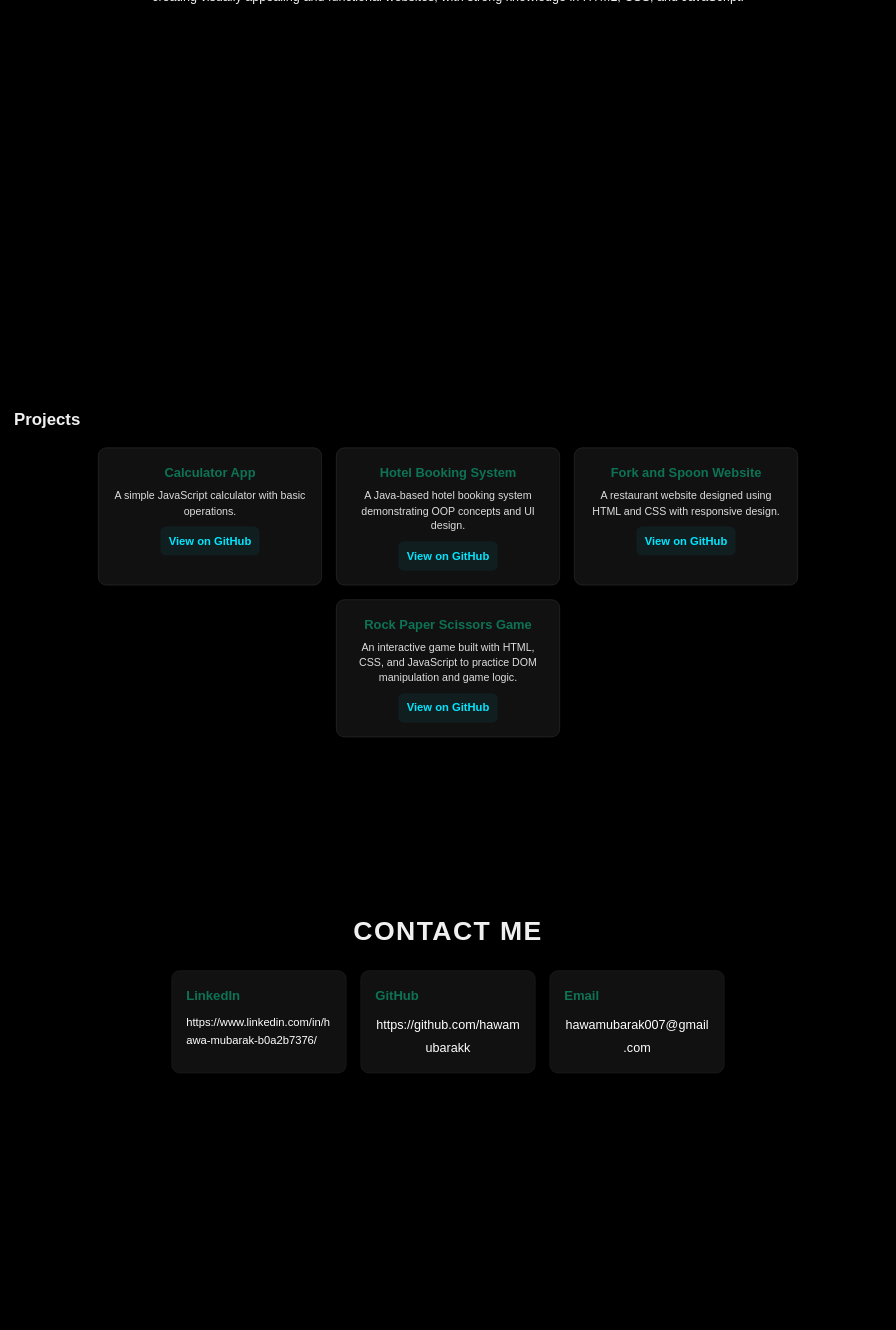
Repository: hawamubarakk/my-portfolio
Page: index.html
These files come from the project's save history. The page is drawn as it stood at one moment and after the next save; the edit follows.
The browser window is 1280 px wide. The pictures show the part of the page from y = 1046 to 2966 px (the page is 2946 px tall before and 2966 px after), at 70% of full size.

Above is the page before, as saved 2025-08-12 18:08:32.

### index.html
<!DOCTYPE html>
<html lang="en">
<head>
    <meta charset="UTF-8">
    <meta name="viewport" content="width=device-width, initial-scale=1.0">
    <title>Hawa Mubarak - Portfolio</title>
    <link rel="stylesheet" href="css/style.css">
</head>
<body>
    <!-- Navbar -->
    <header>
        <nav>
            <ul class="navbar">
                <li><a href="#home">Home</a></li>
                <li><a href="#about">About</a></li>
                <li><a href="#projects">Projects</a></li>
                <li><a href="#contact">Contact</a></li>
            </ul>
        </nav>
    </header>

    <!-- Hero Section -->
    <section id="home" class="hero">
        <div class="hero-content">
            <h1>Welcome to My Portfolio</h1>
            <p>Hi, I'm <span>Hawa Mubarak</span> — a Software Engineering Student passionate about Front-End Development and modern web design.</p>
        </div>
    </section>

    <!-- About Section -->
    <section id="about" class="section">
        <h2>About Me</h2>
        <p>I am currently pursuing a Bachelor's degree in Software Engineering at SZABIST Karachi. My focus is on creating visually appealing and functional websites, with strong knowledge in HTML, CSS, and JavaScript.</p>
    </section>

    <!-- Projects Section -->
    <section id="projects" class="section">
        <h1>Projects</h1>

        <div class="projects-grid">
          <div class="project">
            <h3>Calculator App</h3>
            <p>A simple JavaScript calculator with basic operations.</p>
            <a href="https://github.com/hawamubarakk/Calculator" target="_blank" rel="noopener">View on GitHub</a>
          </div>

          <div class="project">
            <h3>Hotel Booking System</h3>
            <p>A Java-based hotel booking system demonstrating OOP concepts and UI design.</p>
            <a href="https://github.com/hawamubarakk/HotelBooking-System" target="_blank" rel="noopener">View on GitHub</a>
          </div>

          <div class="project">
            <h3>Fork and Spoon Website</h3>
            <p>A restaurant website designed using HTML and CSS with responsive design.</p>
            <a href="https://github.com/hawamubarakk/fork-and-spoon" target="_blank" rel="noopener">View on GitHub</a>
          </div>

          <div class="project">
            <h3>Rock Paper Scissors Game</h3>
            <p>An interactive game built with HTML, CSS, and JavaScript to practice DOM manipulation and game logic.</p>
            <a href="https://github.com/hawamubarakk/rock-paper-scissors" target="_blank" rel="noopener">View on GitHub</a>
          </div>
        </div>
      </section>

    <!-- Contact Section -->
    <section id="contact" class="section contact-section">
        <h2>Contact Me</h2>
        <div class="contact-boxes">
            <div class="contact-box">
                <h3>LinkedIn</h3>
                <a href="https://www.linkedin.com/in/hawa-mubarak-b0a2b7376/" target="_blank" rel="noopener">https://www.linkedin.com/in/hawa-mubarak-b0a2b7376/</a>
            </div>
            <div class="contact-box">
                <h3>GitHub</h3>
                <p><a href="https://github.com/hawamubarakk" target="_blank" rel="noopener">https://github.com/hawamubarakk</a></p>
            </div>
            <div class="contact-box">
                <h3>Email</h3>
                <p><a href="mailto:hawamubarak007@gmail.com">hawamubarak007@gmail.com</a></p>
            </div>
        </div>
    </section>

</body>
</html>

### css/style.css
/* General Reset */
* {
    margin: 0;
    padding: 0;
    box-sizing: border-box;
}

body {
    font-family: Arial, sans-serif;
    background-color: black;
    color: white;
    line-height: 1.6;
}

/* Navbar */
header {
    background: linear-gradient(90deg, #0d7354, #11997a);
    position: sticky;
    top: 0;
    z-index: 1000;
    box-shadow: 0 2px 6px rgba(0, 0, 0, 0.4);
}

.navbar {
    display: flex;
    justify-content: center;
    gap: 50px;
    list-style: none;
    padding: 18px 0;
}

.navbar li a {
    color: #f0f0f0;
    font-size: 19px;
    font-weight: bold;
    text-decoration: none;
    padding: 10px 18px;
    border-radius: 6px;
    transition: all 0.3s ease;
}

.navbar li a:hover {
    background-color: white;
    color: #0d7354;
}

/* Hero Section */
.hero {
    height: 100vh;
    background: linear-gradient(rgba(0,0,0,0.7), rgba(0,0,0,0.7)), center/cover no-repeat;
    display: flex;
    justify-content: center;
    align-items: center;
    text-align: center;
    padding: 20px;
}

.hero h1 {
    font-size: 52px;
    margin-bottom: 20px;
}

.hero p {
    font-size: 21px;
}

.hero span {
    color: #0d7354;
}

/* Section Styling */
.section {
    padding: 120px 20px; /* zyada space for bigger look */
    min-height: 100vh;
    background-color: #000;
    color: #f0f0f0;
}

.section h2 {
    font-size: 38px;
    margin-bottom: 25px;
    text-align: center;
    text-transform: uppercase;
    letter-spacing: 2px;
}

.section p {
    font-size: 18px;
    line-height: 1.8;
    max-width: 850px;
    margin: auto;
    text-align: center;
}

/* Contact & Project Boxes */
.contact-boxes, .project-boxes {
    display: flex;
    justify-content: center;
    gap: 20px;
    flex-wrap: wrap;
    margin-top: 20px;
}

.contact-box, .project-box {
    background: #111;
    padding: 20px;
    width: 250px;
    border-radius: 12px;
    border: 1px solid #1f1f1f;
    transition: transform 0.3s ease, background 0.3s ease;
}

.contact-box h3, .project-box h3 {
    margin-bottom: 10px;
    color: #0d7354;
}

.contact-box a, .project-box a {
    color: white;
    text-decoration: none;
    display: block;
    word-wrap: break-word;
}

.contact-box a:hover, .project-box a:hover {
    color: #0d7354;
}

/* Projects Grid */
.projects-grid {
    display: flex;
    flex-wrap: wrap;
    gap: 20px;
    justify-content: center;
    margin-top: 20px;
}

.project {
    background: #111;
    border: 1px solid #2a2a2a;
    width: 320px;
    padding: 20px;
    border-radius: 12px;
    box-shadow: 0 6px 18px rgba(0,0,0,0.6);
    transition: transform 0.25s ease, box-shadow 0.25s ease, background 0.25s ease;
    text-align: center;
}

.project:hover {
    transform: translateY(-8px);
    box-shadow: 0 18px 40px rgba(0,0,0,0.7);
    background: linear-gradient(180deg, #111, #1b1b1b);
}

.project h3 {
    margin: 0 0 8px 0;
    color: #0d7354;
    font-size: 1.15rem;
}

.project p {
    margin: 0 0 12px 0;
    color: #ddd;
    font-size: 0.95rem;
    line-height: 1.4;
}

.project a {
    display: inline-block;
    color: #00e6ff;
    text-decoration: none;
    font-weight: 600;
    word-break: break-word;
    padding: 8px 12px;
    border-radius: 8px;
    background: rgba(0,230,255,0.06);
    transition: background 0.18s ease, color 0.18s ease;
}

.project a:hover {
    background: #00e6ff;
    color: #000;
}

@media (max-width: 720px) {
    .project {
        width: 90%;
    }
}

After the next save:
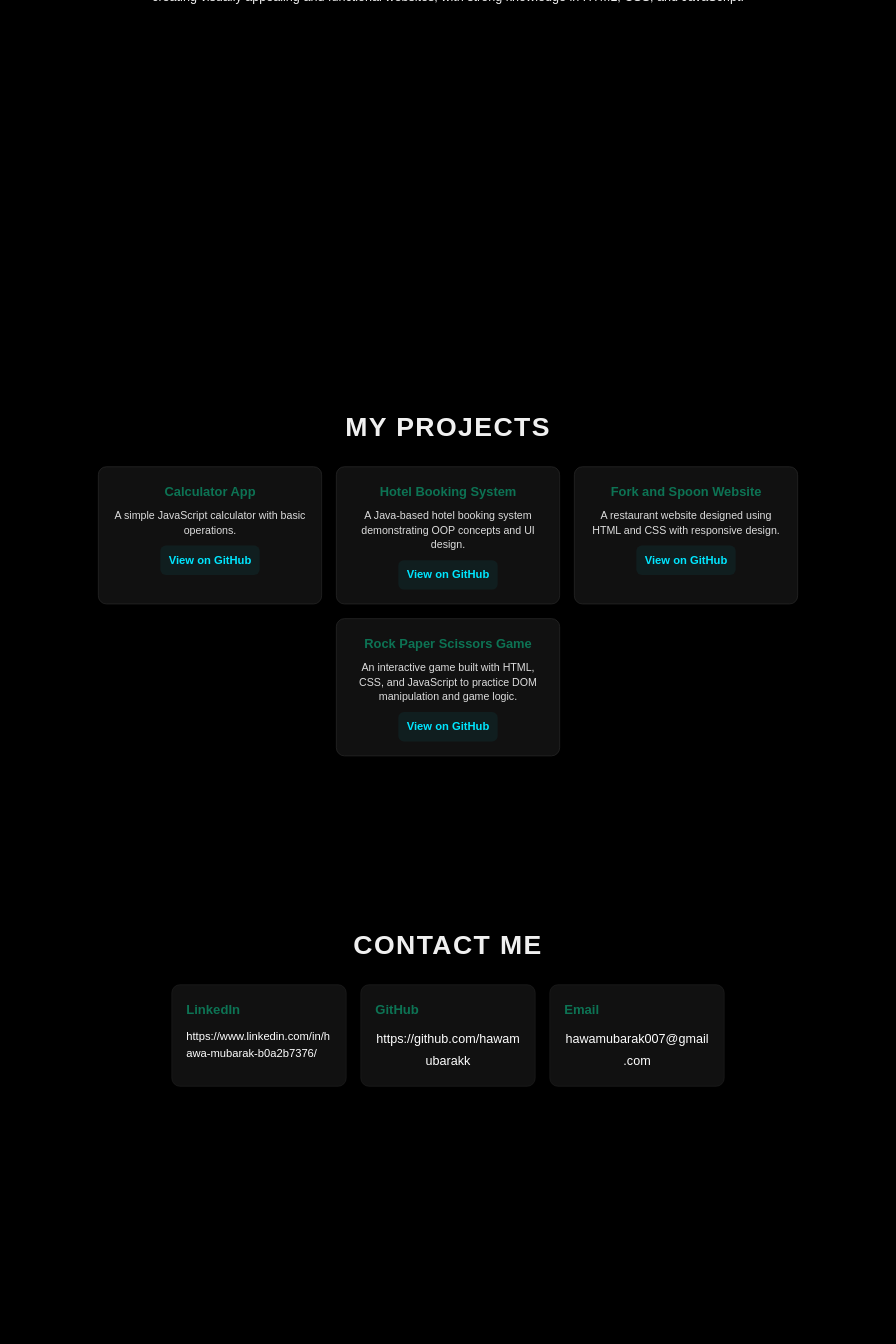
Saved 3 min 3 s later.
--- a/index.html
+++ b/index.html
@@ -35,7 +35,7 @@
 
     <!-- Projects Section -->
     <section id="projects" class="section">
-        <h1>Projects</h1>
+        <h2 class="projects-heading">My Projects</h2>
 
         <div class="projects-grid">
           <div class="project">
